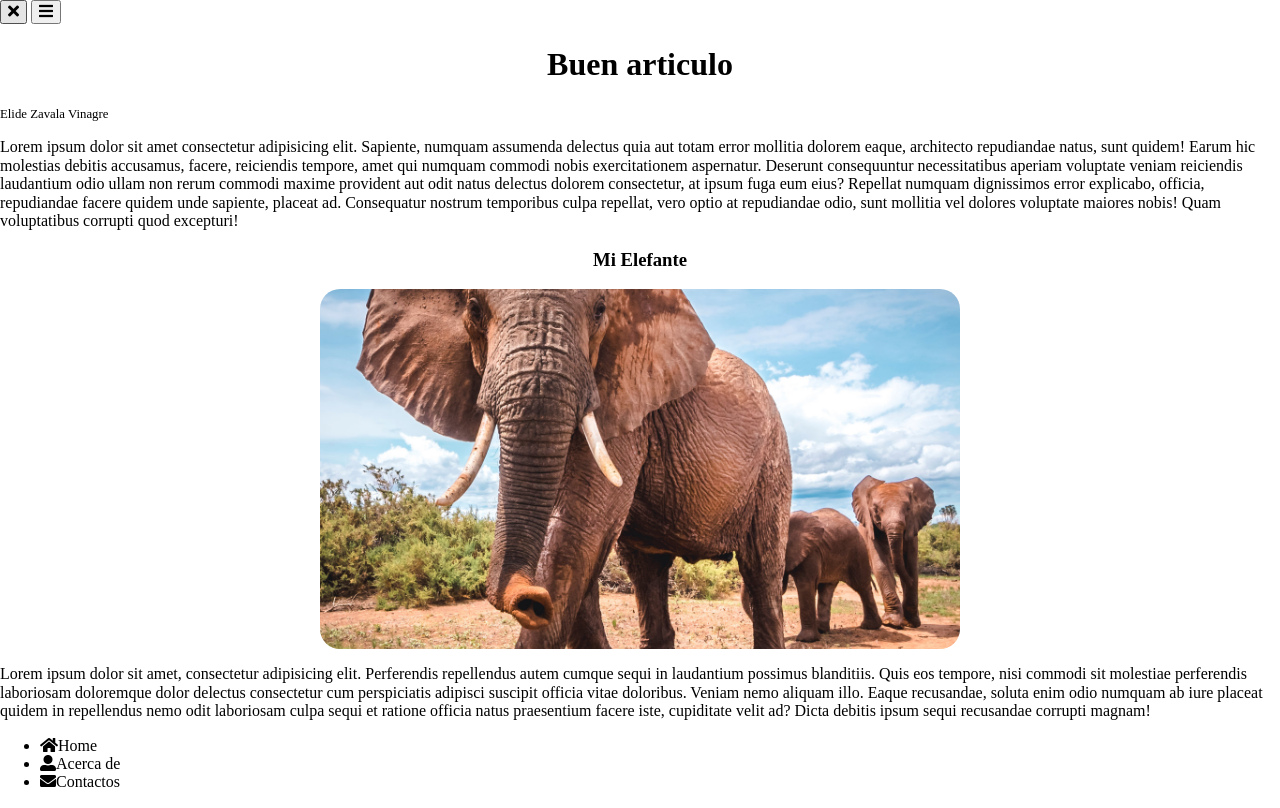
Repository: ElideZavala/Navagacion-en-rotacion
Page: index.html
An editor plug-in stored every save of this project. The page is shown before and after the next save, followed by the edit.
The browser window is 1280 px wide. The pictures show the whole page.

Above is the page before, as saved 2021-05-29 08:31:01.

After the next save:
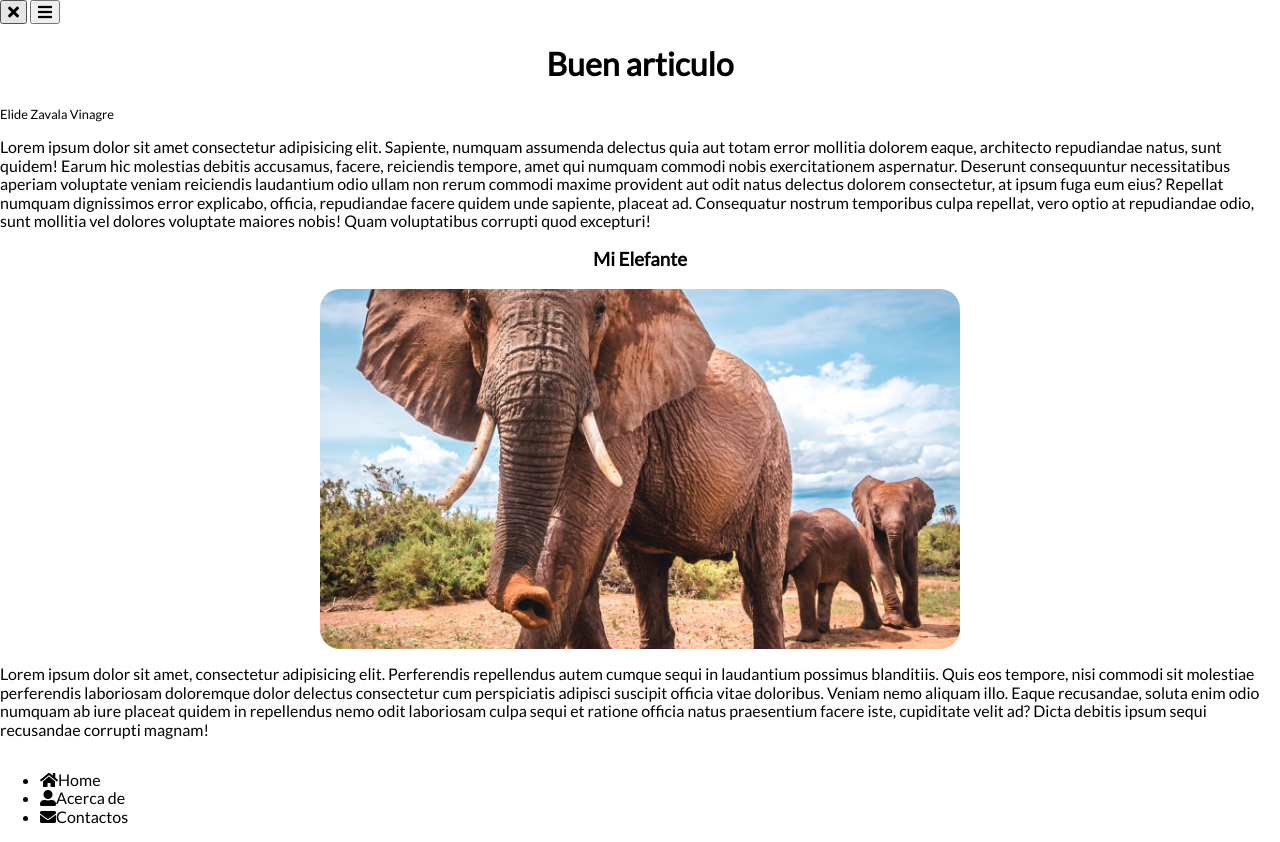
Saved 72 s later.
--- a/style.css
+++ b/style.css
@@ -1,7 +1,13 @@
 @import url('https://fonts.googleapis.com/css?family=Lato&display=swap');
 
-body{
+* {
 	box-sizing: border-box;
+}
+
+body {
+	font-family: 'Lato', sans-serif;
+	display: flex;
+	flex-direction: column;
 }
 
 .title {
